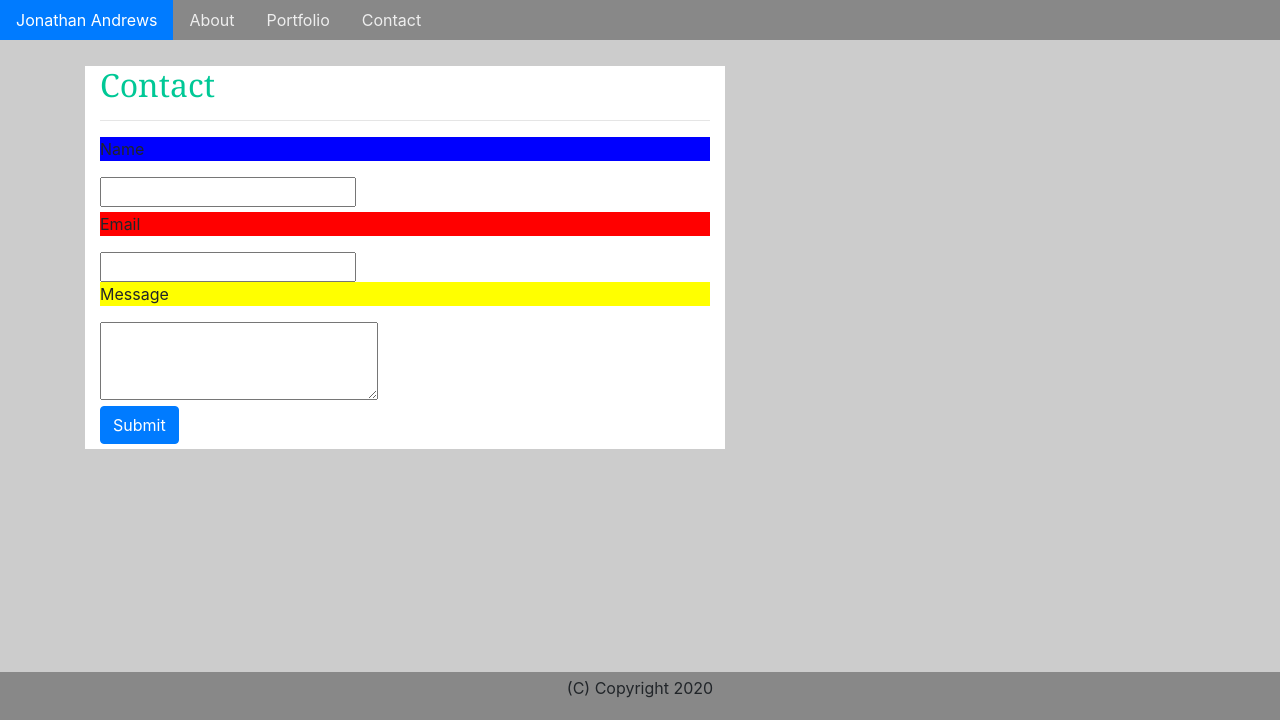
Repository: ionathas78/ionathas78.github.io
Page: contact.html
The author's editor kept a copy of each file at every save. The page is drawn from the files as they stood at one save, then again after the next save.
The browser window is 1280 px wide. The pictures show the whole page.

Above is the page before, as saved 2020-03-17 14:50:41.

### contact.html
<!DOCTYPE html>
<html lang="en">
<head>
    <meta charset="UTF-8">
    <meta name="viewport" content="width=device-width, initial-scale=1.0">
    <title>Jonathan Andrews</title>

    <link rel="stylesheet" href="https://stackpath.bootstrapcdn.com/bootstrap/4.4.1/css/bootstrap.min.css" integrity="sha384-Vkoo8x4CGsO3+Hhxv8T/Q5PaXtkKtu6ug5TOeNV6gBiFeWPGFN9MuhOf23Q9Ifjh" crossorigin="anonymous">
</head>
<body style="background-color: #ccc">
    <header>
        <ul class="nav" style="background-color: #888">
            <li class="nav-item bg-primary">
              <a class="nav-link active" href="#" style="color: white;">Jonathan Andrews</a>
            </li>
            <li class="nav-item">
              <a class="nav-link" href="index.html" style="color: #eee;">About</a>
            </li>
            <li class="nav-item">
              <a class="nav-link active" href="portfolio.html" style="color: #eee;">Portfolio</a>
            </li>
            <li class="nav-item">
                <a class="nav-link active" href="contact.html" style="color: #eee;">Contact</a>
            </li>
        </ul>
    </header>

    <div class="container">
        <div class="row">
            <div class="col-lg-4">
                <div class="container clearfix" style="width: 50vw; max-width: 900px; background-color: white; margin-top: 2vw;">
                    <h2 style="color: rgb(0, 200, 150); font-family: Georgia, 'Times New Roman', Times, serif; font-weight: 300%;">Contact</h2>
                    <hr>
                    <div class="input-group">

                    </div>
                    <p style="background-color: blue;">Name</p>
                    <input id="name" style="margin-top: 0; margin-bottom: 5px;"></input>
                    <p style="background-color: red;">Email</p>
                    <input id="email"></input>
                    <p style="background-color: yellow;"">Message</p>
                    <textarea id="message" rows="3" cols="25"></textarea>
                    <br>
                    <button type="button" class="btn btn-primary" id="submit-btn" style="margin-bottom: 5px">Submit</button>
                    <br>
                </div>
            </div>
        </div>
    </div>

    <footer style="position: fixed; bottom: 0; background-color: #888; width: 100%;">
        <p style="line-height: 200%; text-align: center;">
            (C) Copyright 2020
        </p>
    </footer>
    <!-- JS Scripts -->

    <script src="https://code.jquery.com/jquery-3.4.1.slim.min.js" integrity="sha384-J6qa4849blE2+poT4WnyKhv5vZF5SrPo0iEjwBvKU7imGFAV0wwj1yYfoRSJoZ+n" crossorigin="anonymous"></script>
    <script src="https://cdn.jsdelivr.net/npm/popper.js@1.16.0/dist/umd/popper.min.js" integrity="sha384-Q6E9RHvbIyZFJoft+2mJbHaEWldlvI9IOYy5n3zV9zzTtmI3UksdQRVvoxMfooAo" crossorigin="anonymous"></script>
    <script src="https://stackpath.bootstrapcdn.com/bootstrap/4.4.1/js/bootstrap.min.js" integrity="sha384-wfSDF2E50Y2D1uUdj0O3uMBJnjuUD4Ih7YwaYd1iqfktj0Uod8GCExl3Og8ifwB6" crossorigin="anonymous"></script>
</body>
</html>

After the next save:
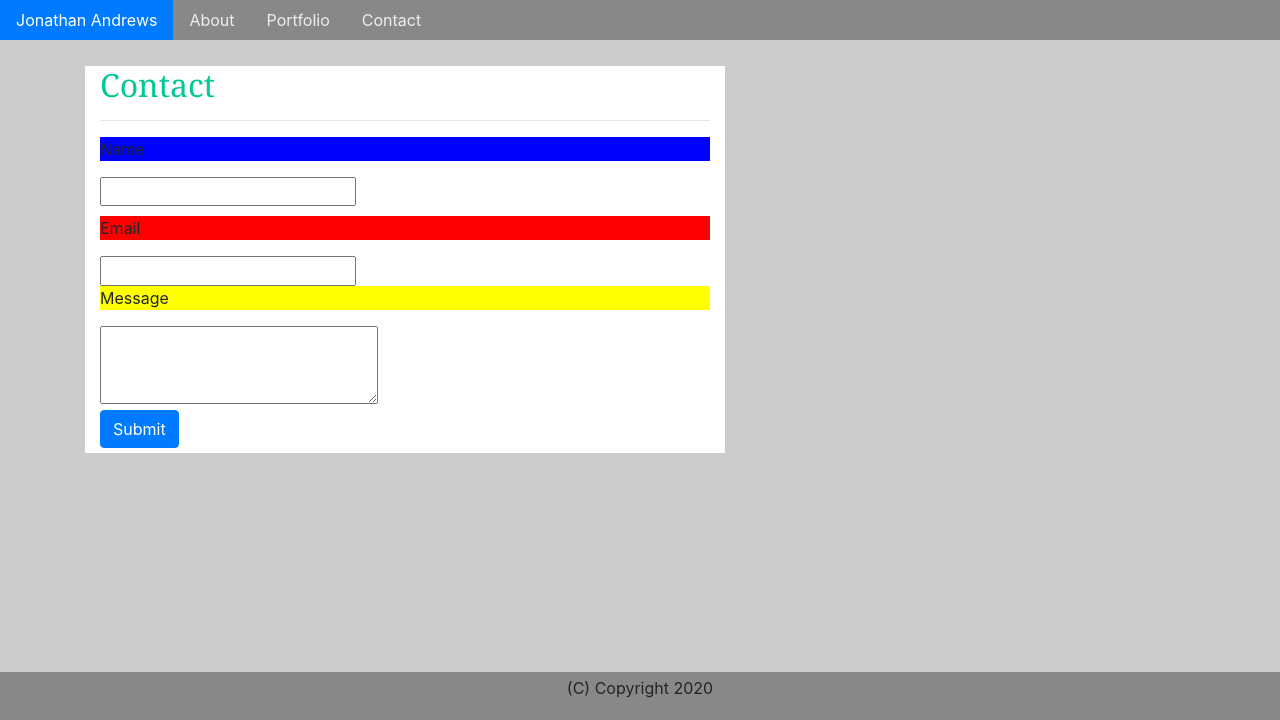
Saved 20 s later.
--- a/contact.html
+++ b/contact.html
@@ -35,7 +35,7 @@
 
                     </div>
                     <p style="background-color: blue;">Name</p>
-                    <input id="name" style="margin-top: 0; margin-bottom: 5px;"></input>
+                    <input id="name" style="margin-top: 0; padding-top: 0; margin-bottom: 10px;"></input>
                     <p style="background-color: red;">Email</p>
                     <input id="email"></input>
                     <p style="background-color: yellow;"">Message</p>
